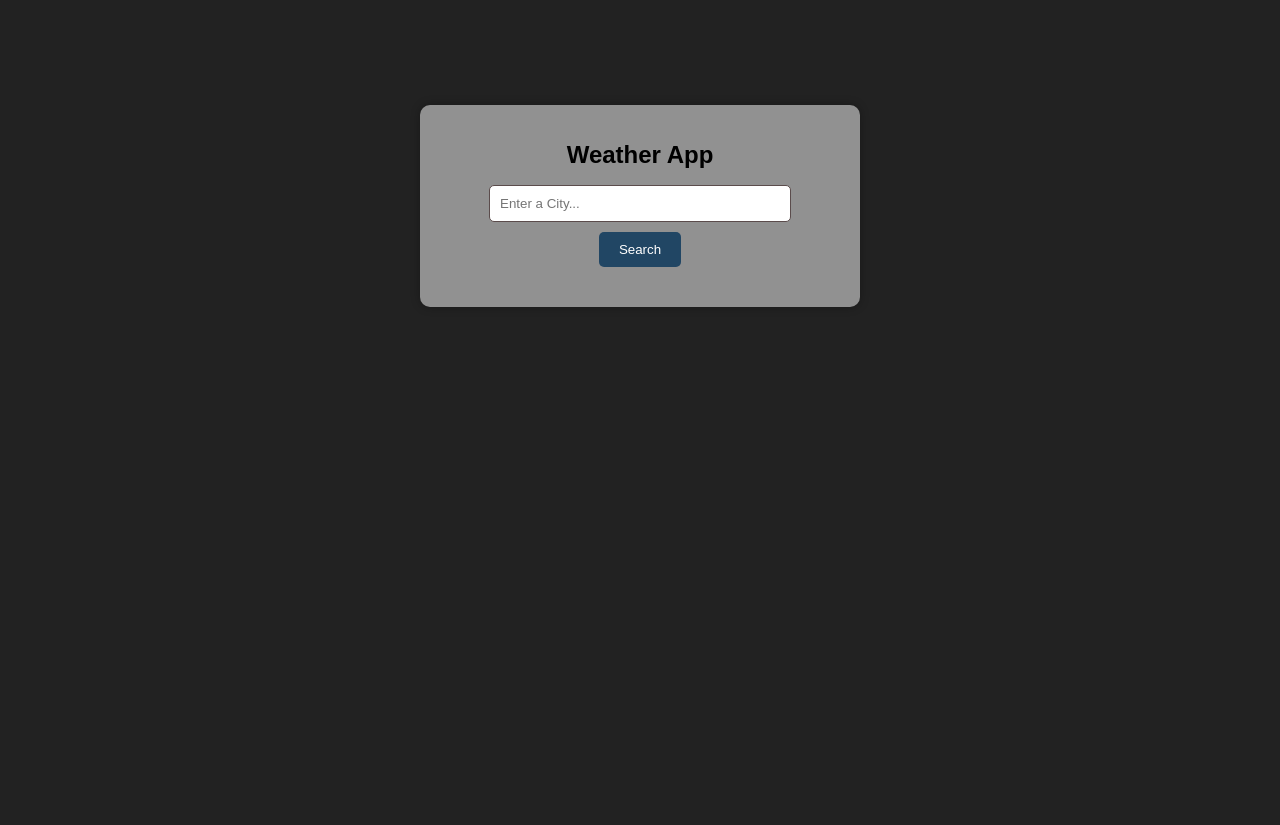
Repository: Dharshinimk-521/weather-app
Page: index.html
These files come from the project's save history. The page is drawn as it stood at one moment and after the next save; the edit follows.
The browser window is 1280 px wide. The pictures show the whole page.

Above is the page before, as saved 2026-04-18 17:54:17.

### index.html
<!DOCTYPE html>
<html lang = "en">
    <head>
        <meta charset="UTF-8">
        <meta name="viewport" content="width=device-width, initial-scale=1.0">
        <title>Weather App</title>
        <link rel="stylesheet" href="style.css">
        <script src="script.js" defer></script>
    </head>
    <body>
        <div class="container">
            <h1>Weather App</h1>
            <input type="text" id="locationinput" placeholder="Enter a City...">
            <button id="searchbtn">Search</button>
            <div class="weather-info">
                <h2 id="location"></h2>
                <p id="temp"></p>
                <p id="desc"></p>
            </div>
        </div>
    </body>

### style.css
body {
    font-family: Arial, sans-serif;
    background-color: #222222;
    background-image: 'bg.jpg';
    background-size: cover;
    background-position: center;
    background-repeat: no-repeat;
    height: 100vh; /* Set the height to fill the viewport */
    margin: 0; /* Remove default margin */
    padding: 0;
}

.container {
    max-width: 400px;
    margin: 0 auto;
    text-align: center;
    padding: 20px;
    background-color: rgba(255, 255, 255, 0.5); /* Set the background color to be transparent */
    border-radius: 10px;
    box-shadow: 0 0 10px rgba(0, 0, 0, 0.3); /* Adjust the alpha value here for the box shadow transparency */
    margin-top: 105px;

}

h1 {
    font-size: 24px;
}

input[type="text"] {
    width: 70%;
    display:block;
    padding: 10px;
    margin: 10px auto;
    border: 1px solid #5b4c4c;
    border-radius: 5px;
}

button {
    background-color: #214664;
    color: #fff;
    border: none;
    padding: 10px 20px;
    border-radius: 5px;
    cursor: pointer;
}

.weather-info {
    margin-top: 20px;
}

### script.js
const apikey='9d76e15c5e2f3128f1e887514771a75d';
const apiUrl='https://api.openweathermap.org/data/2.5/weather';
const locinput=document.getElementById("locationinput");
const searchb=document.getElementById("searchbtn");
const locele=document.getElementById("location");
const tempele=document.getElementById("temp");
const descele=document.getElementById("desc");

searchb.addEventListener("click", () => {
    const loc = locinput.value.trim();
    if(loc){
        fetchw(loc);
    }
});

function fetchw(location) {
    const url= `${apiUrl}?q=${location}&appid=${apikey}&units=metric`;

    fetch(url)
        .then(response => response.json())
        .then(data => {
            if (data.cod !== 200) {
                locele.textContent = "City not found ❌";
                tempele.textContent = "";
                descele.textContent = "";
                console.error(data.message);
                return;
            }

            locele.textContent=data.name;
            tempele.textContent=`${Math.round(data.main.temp)}°C`;
            descele.textContent=data.weather[0].description;
        })
        .catch(error => {
            console.error('error fetching data',error);
        });
}

After the next save:
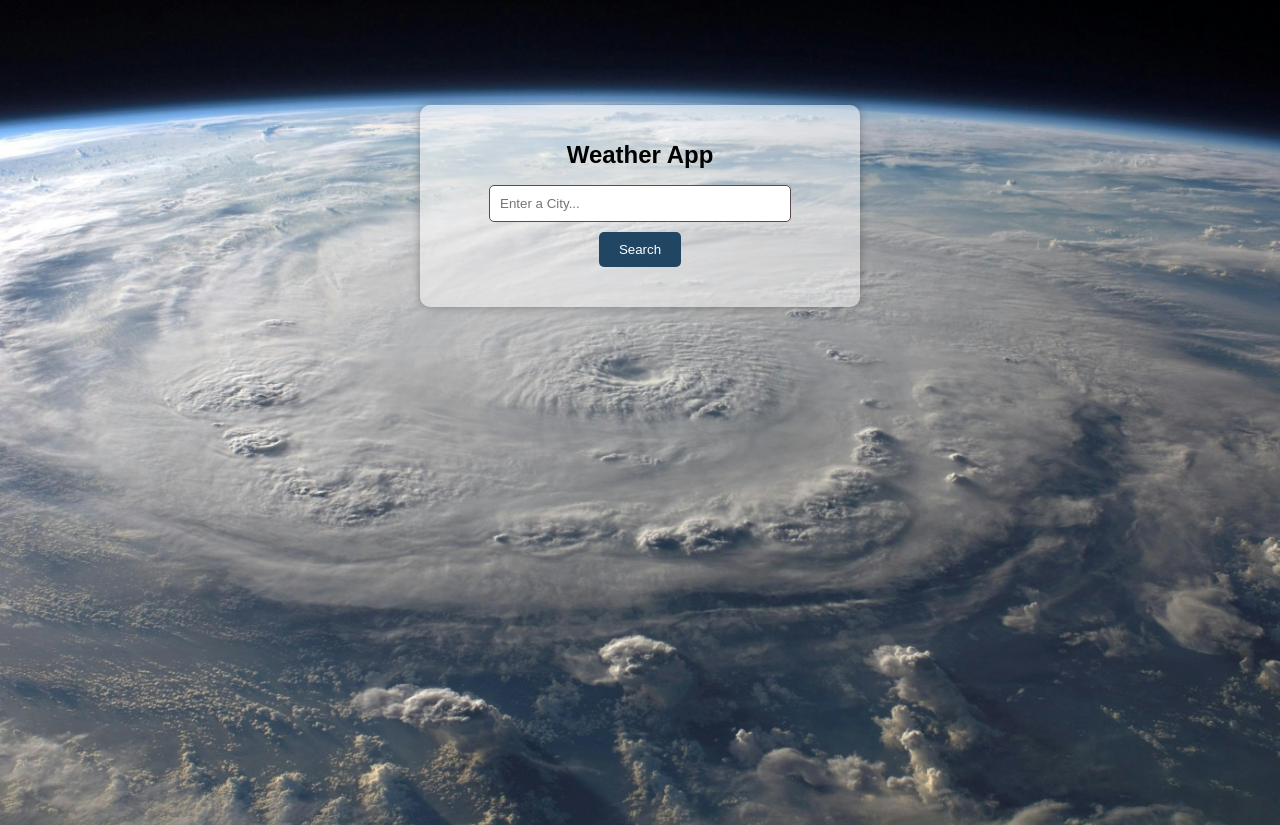
Saved 60 s later.
--- a/style.css
+++ b/style.css
@@ -1,7 +1,7 @@
 body {
     font-family: Arial, sans-serif;
     background-color: #222222;
-    background-image: 'bg.jpg';
+    background-image: url('bg.jpg');
     background-size: cover;
     background-position: center;
     background-repeat: no-repeat;
